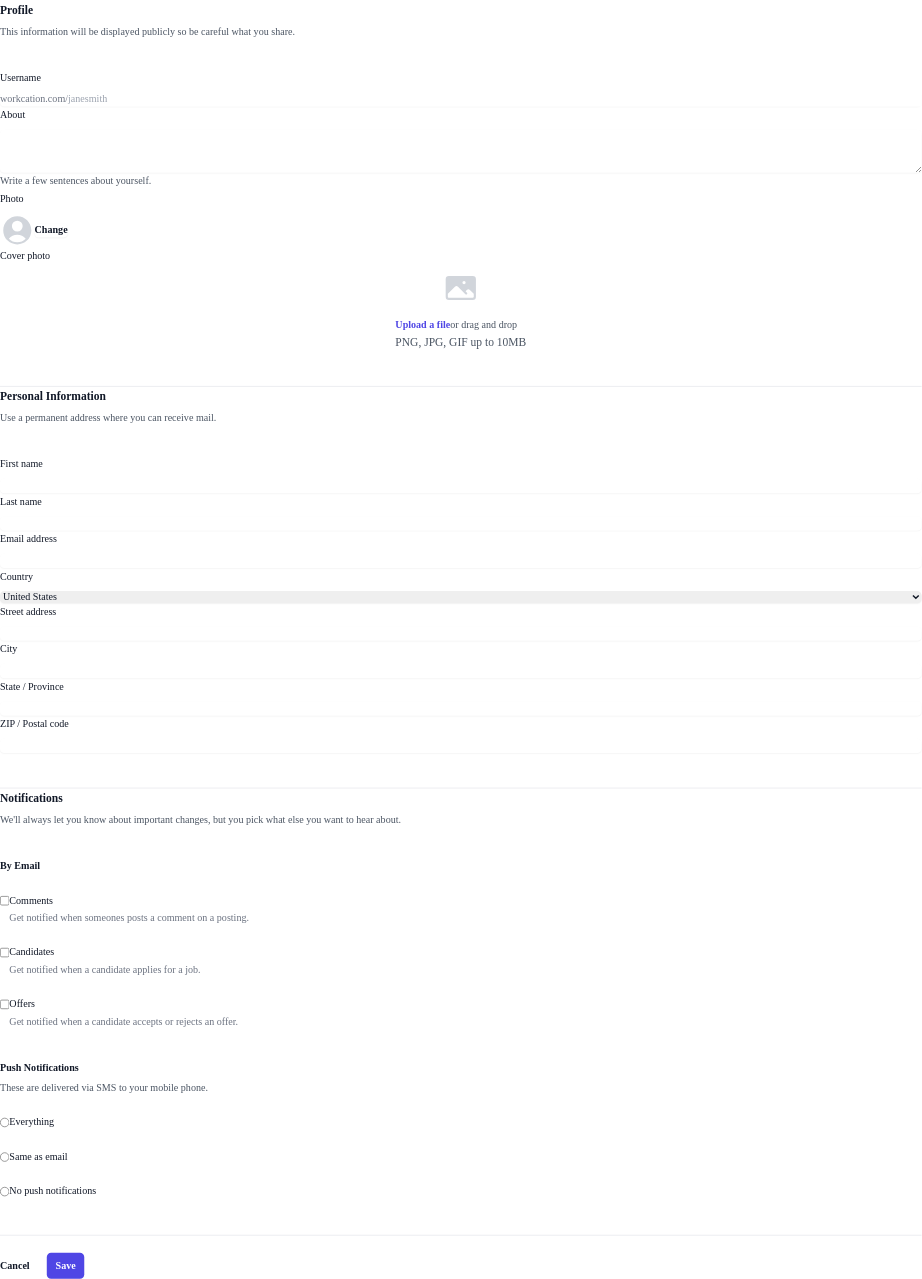
Repository: Gunplay/Smart-Home
Page: /register
These files come from the project's save history. The page is drawn as it stood at one moment and after the next save; the edit follows.
The browser window is 1280 px wide. The pictures show the whole page, at 72% of full size.
The project was rebuilt for these pictures with package versions that can differ from the ones it lists, and the page was loaded fresh each time. Also part of the build but not shown: vite.config.js, vite.config.ts, src/components/Form/SignIn/index.tsx, src/components/Page404/index.tsx.

Above is the page before, as saved 2024-07-03 13:24:23.

After the next save:
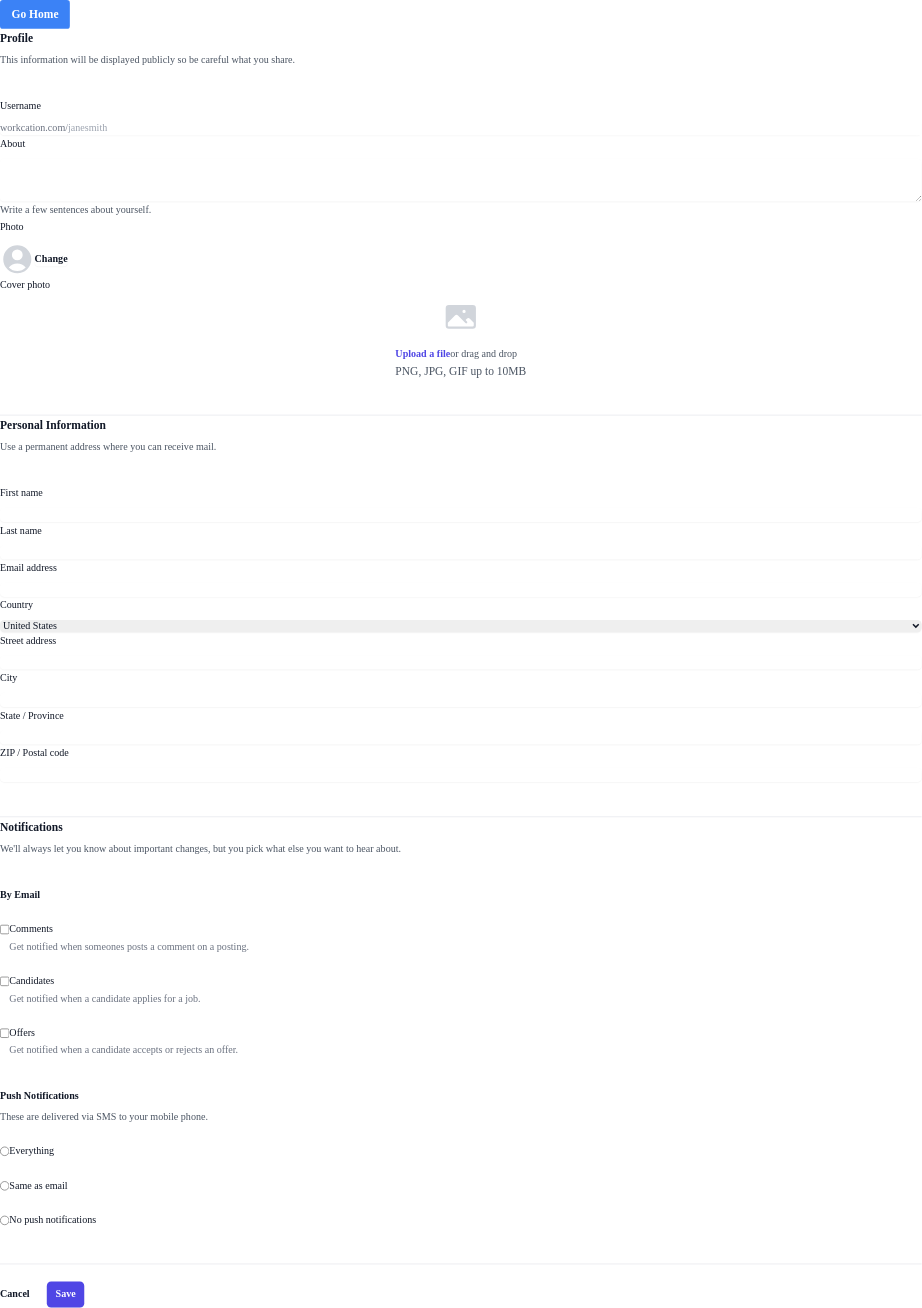
Saved 50 s later.
--- a/src/components/Form/Register/index.tsx
+++ b/src/components/Form/Register/index.tsx
@@ -13,12 +13,19 @@
   ```
 */
 import { PhotoIcon, UserCircleIcon } from '@heroicons/react/24/solid';
+import Button from '../../Button';
 
 export default function Register() {
 	return (
 		<form>
 			<div className='space-y-12'>
 				<div className='border-b border-gray-900/10 pb-12'>
+					<Button
+						className='bg-blue-500 hover:bg-blue-700 text-white font-bold py-2 px-4 rounded'
+						href='/'
+					>
+						Go Home
+					</Button>
 					<h2 className='text-base font-semibold leading-7 text-gray-900'>
 						Profile
 					</h2>

After the save that followed:
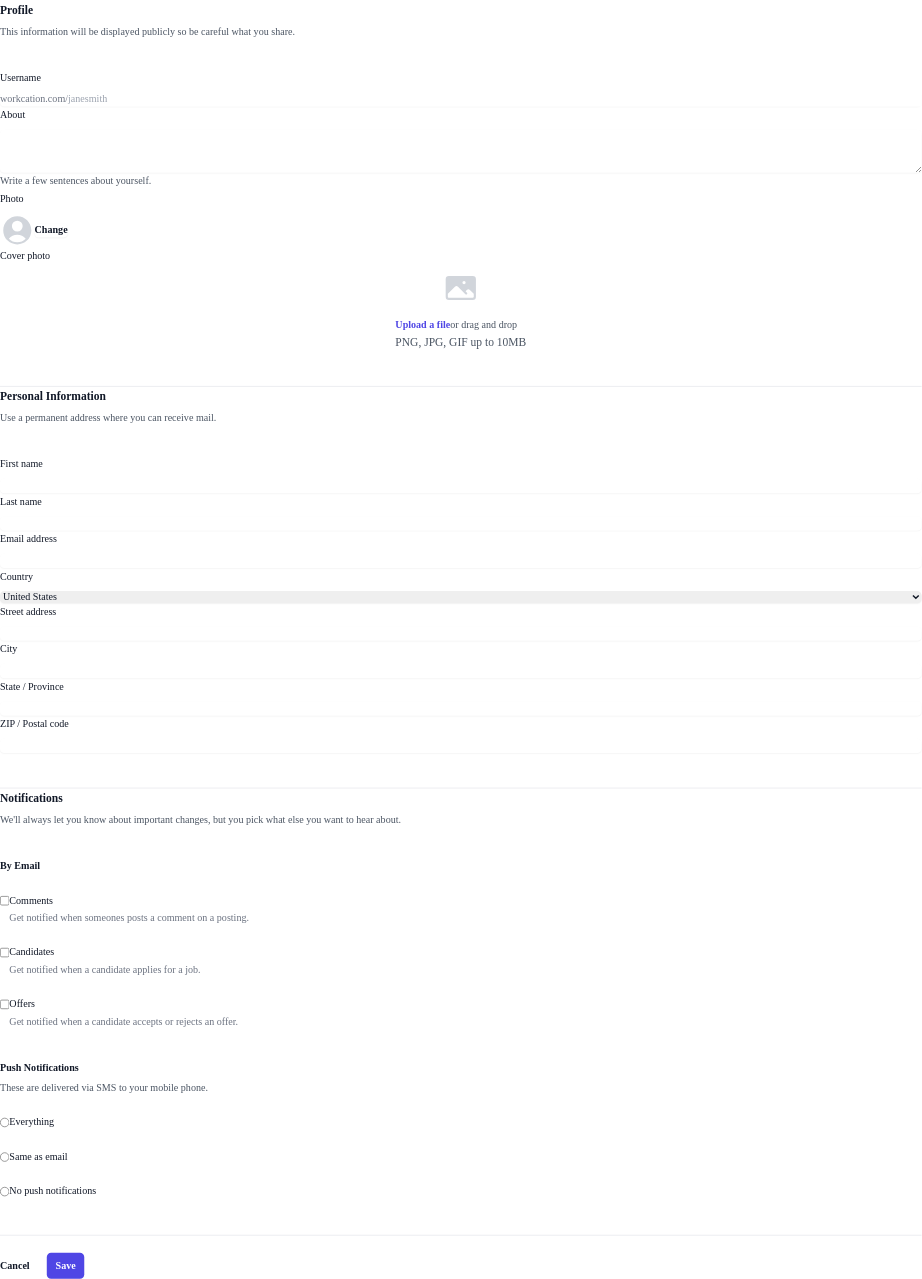
Saved 98 s later.
--- a/src/components/Form/Register/index.tsx
+++ b/src/components/Form/Register/index.tsx
@@ -13,19 +13,12 @@
   ```
 */
 import { PhotoIcon, UserCircleIcon } from '@heroicons/react/24/solid';
-import Button from '../../Button';
 
 export default function Register() {
 	return (
 		<form>
 			<div className='space-y-12'>
 				<div className='border-b border-gray-900/10 pb-12'>
-					<Button
-						className='bg-blue-500 hover:bg-blue-700 text-white font-bold py-2 px-4 rounded'
-						href='/'
-					>
-						Go Home
-					</Button>
 					<h2 className='text-base font-semibold leading-7 text-gray-900'>
 						Profile
 					</h2>
